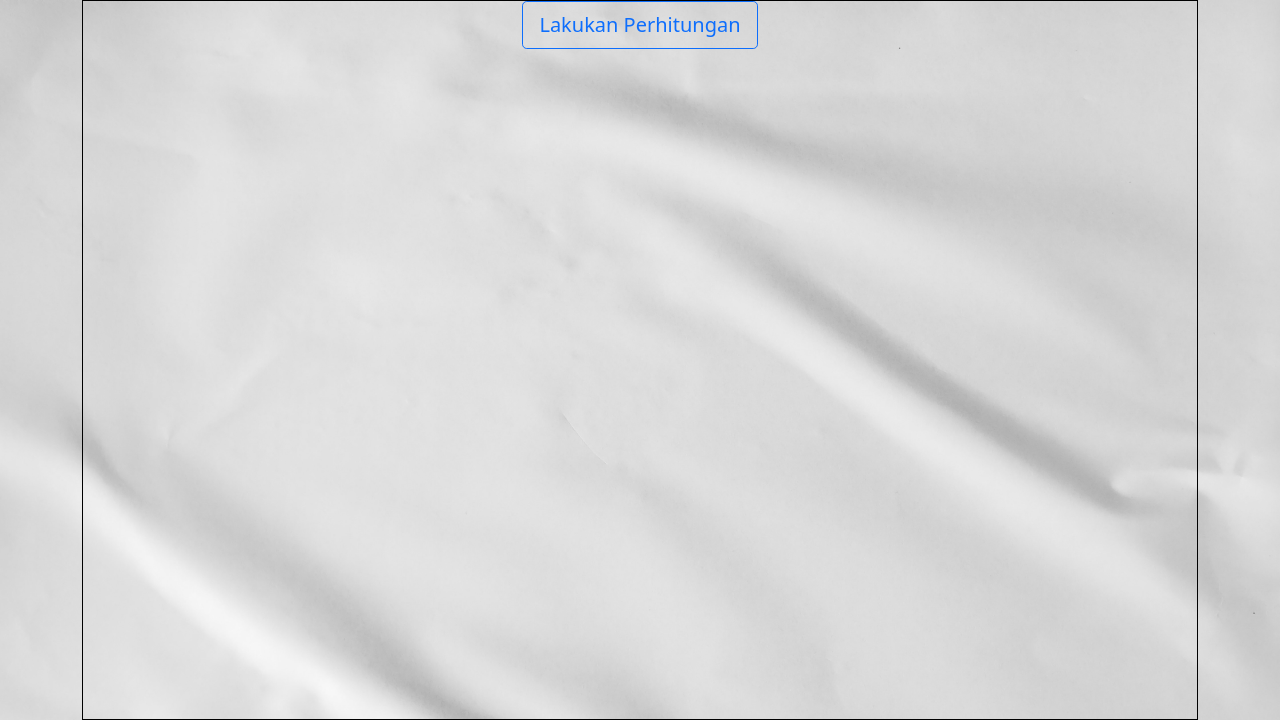
Repository: aqordeon/SPKWP
Page: http://localhost/
An editor plug-in stored every save of this project. The page is shown before and after the next save, followed by the edit.
The browser window is 1280 px wide. The pictures show the whole page.
The page is run by PHP 8.4 with error messages shown; the project is at /var/www/html/.

Above is the page before, as saved 2021-01-11 01:39:01.

After the next save:
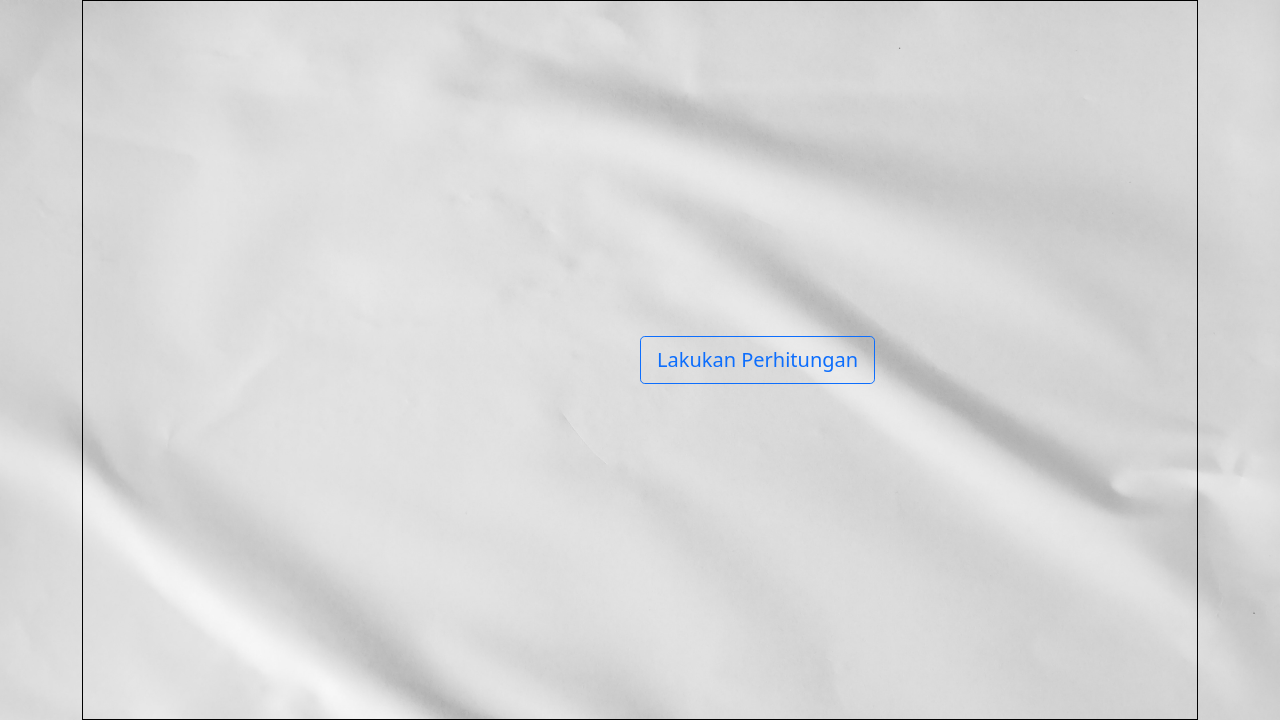
Saved 2 min 45 s later.
--- a/index.php
+++ b/index.php
@@ -22,7 +22,11 @@
 <body>
     <div class="container" style="">
         <div style="border: 1px solid black; height: 100vh;">
-            <center><a href="hitungKriteria.php" class="btn btn-outline-primary btn-lg" style="text-align: middle;">Lakukan Perhitungan</a></center>
+            <center><a href="hitungKriteria.php" class="btn btn-outline-primary btn-lg" style="margin: 0;
+  position: absolute;
+  top: 50%;
+  -ms-transform: translateY(-50%);
+  transform: translateY(-50%);">Lakukan Perhitungan</a></center>
         <div>
     </div>
 
